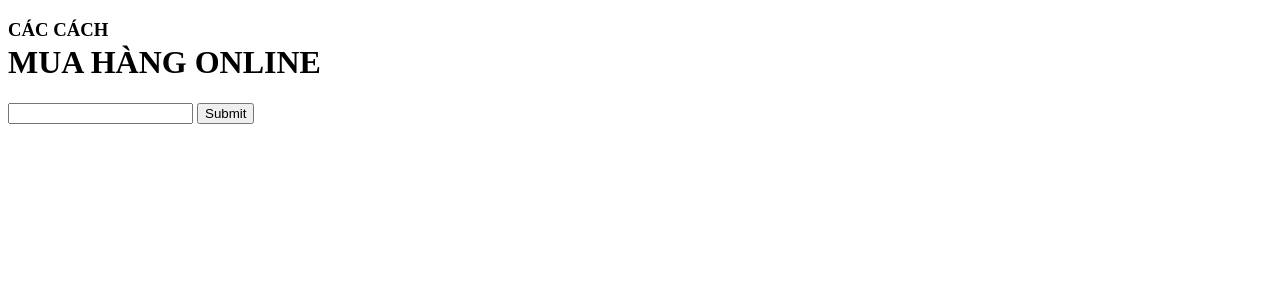
Repository: Tan-Khang21/TH_TKW--Buoi_01
Page: Buoi_01/BT_tren_lop/BT_06/main.html
An editor plug-in stored every save of this project. The page is shown before and after the next save, followed by the edit.
The browser window is 1280 px wide. The pictures show the whole page.

Above is the page before, as saved 2024-01-23 16:09:48.

After the next save:
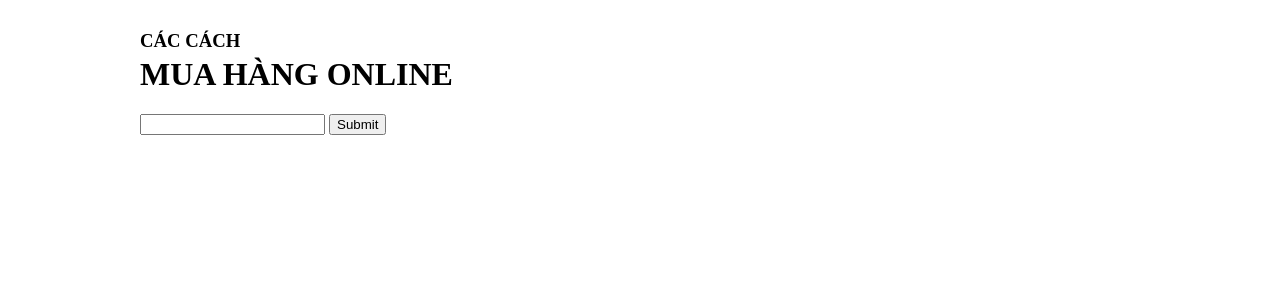
Saved 4 s later.
--- a/Buoi_01/BT_tren_lop/BT_06/style.css
+++ b/Buoi_01/BT_tren_lop/BT_06/style.css
@@ -1,6 +1,6 @@
 .cover{
     width: 1000px;
-    margin: 10 auto;
+    margin: 30px auto;
 }
 h1{
     margin-top: -15px;
